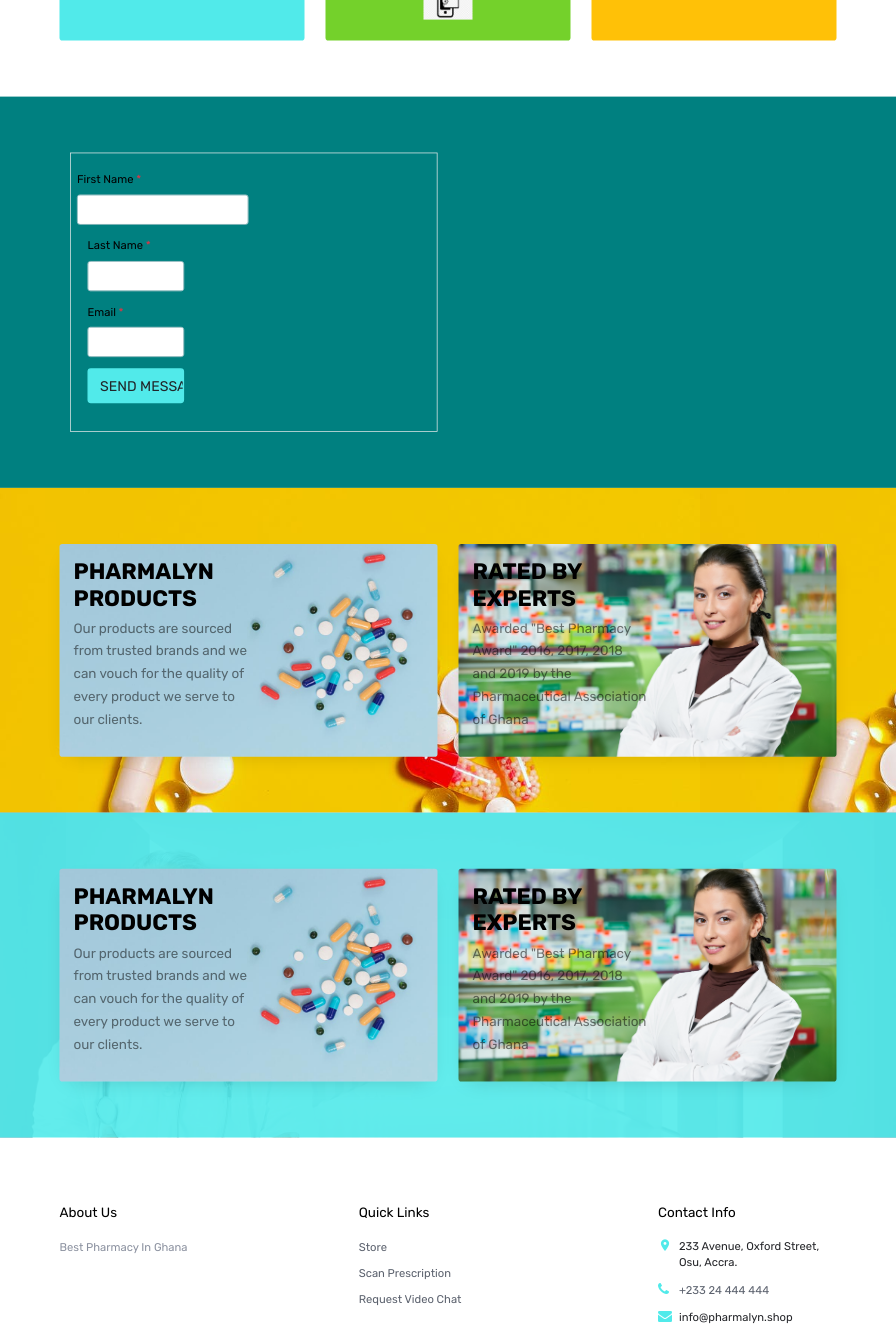
Repository: Nat-A/finalyearproject
Page: pharma/index - Copy.html
An editor plug-in stored every save of this project. The page is shown before and after the next save, followed by the edit.
The browser window is 1280 px wide. The pictures show the part of the page from y = 870 to 2770 px (the page is 2999 px tall), at 70% of full size.

Above is the page before, as saved 2020-06-03 13:41:42.

### pharma/index - Copy.html
<!DOCTYPE html>
<html lang="en">

<head>
    <title>PharmaLyn &mdash; HomePage</title>
    <meta charset="utf-8">
    <meta name="viewport" content="width=device-width, initial-scale=1, shrink-to-fit=no">

    <link href="https://fonts.googleapis.com/css?family=Rubik:400,700|Crimson+Text:400,400i" rel="stylesheet">
    <link rel="stylesheet" href="fonts/icomoon/style.css">

    <link rel="stylesheet" href="css/bootstrap.min.css">
    <link rel="stylesheet" href="css/magnific-popup.css">
    <link rel="stylesheet" href="css/jquery-ui.css">
    <link rel="stylesheet" href="css/owl.carousel.min.css">
    <link rel="stylesheet" href="css/owl.theme.default.min.css">


    <link rel="stylesheet" href="css/aos.css">

    <link rel="stylesheet" href="css/style.css">

</head>

<body>

    <div class="site-wrap">

        <!-- navbar  -->
        <div class="site-navbar py-2">

            <div class="search-wrap">
                <div class="container">
                    <a href="#" class="search-close js-search-close"><span class="icon-close2"></span></a>
                    <!-- search feature -->
                    <form action="#" method="post">
                        <input type="text" class="form-control" placeholder="Search drug...">
                    </form>
                </div>
            </div>

            <div class="container">
                <div class="d-flex align-items-center justify-content-between">
                    <div class="logo">
                        <div class="site-logo">
                            <a href="index.html" class="js-logo-clone">PharmaLyn</a>
                        </div>
                    </div>
                    <div class="main-nav d-none d-lg-block">
                        <nav class="site-navigation text-right text-md-center" role="navigation">
                            <ul class="site-menu js-clone-nav d-none d-lg-block">
                                <li class="active"><a href="index.html">Home</a></li>

                                <li class="has-children">
                                    <a href="#">Services</a>
                                    <ul class="dropdown">
                                        <li><a href="shop.html">Store</a></li>
                                        <li><a href="#">Scan Prescription</a></li>
                                        <li><a href="#">Request Video Chat</a></li>
                                    </ul>
                                </li>
                                <li><a href="contact.html">Contact</a></li>
                                <li><a href="about.html">About</a></li>
                                <li><a href="#">Log In / Sign Up  </a></li>
                                <!-- insert modal here -->
                            </ul>
                        </nav>
                    </div>
                    <div class="icons">
                        <a href="#" class="icons-btn d-inline-block js-search-open"><span class="icon-search"></span></a>
                        <a href="cart.html" class="icons-btn d-inline-block bag">
                            <span class="icon-shopping-bag"></span>
                            <!-- subject to the items in the cart -->
                            <span class="number">2</span>
                        </a>
                        <a href="#" class="site-menu-toggle js-menu-toggle ml-3 d-inline-block d-lg-none"><span
                class="icon-menu"></span></a>
                    </div>
                </div>
            </div>
        </div>
        <!-- end of navbar -->


        <!-- site banner -->
        <div class="site-blocks-cover" style="background-image: url('images/pills.jpg');">
            <div class="container">
                <div class="row">
                    <div class="col-lg-7 mx-auto order-lg-2 align-self-center">
                        <div class="site-block-cover-content text-center">
                            <h2 class="sub-title">PharmaLyn, We Care For You</h2>
                            <h1>Welcome To PharmaLyn</h1>
                            <p>
                                <a href="shop.html" class="btn btn-primary px-5 py-3">Shop Now</a>
                            </p>
                        </div>
                    </div>
                </div>
            </div>
        </div>
        <!-- end of banner -->

        <div class="site-section mb-0">
            <div class="container">
                <div class="row align-items-stretch section-overlap">
                    <div class="col-md-6 col-lg-4 mb-4 mb-lg-0">
                        <div class="banner-wrap bg-primary h-100">
                            <a class="h-100">
                                <h5 class="text-center">Place Order</h5>
                            </a>
                        </div>
                    </div>
                    <div class="col-md-6 col-lg-4 mb-4 mb-lg-0">
                        <div class="banner-wrap h-100">
                            <a class="h-100">
                                <h5 class="text-center">Select Payment Option</h5>
                                <img src="images/payment.png" alt="" width="70px" height="50px">
                            </a>
                        </div>
                    </div>
                    <div class="col-md-6 col-lg-4 mb-4 mb-lg-0">
                        <div class="banner-wrap bg-warning h-100">
                            <a class="h-100">
                                <h5 class="text-center">Free Delivery</h5>
                                <img src="images/delivery.gif" alt="" width="70px" height="50px">
                            </a>
                        </div>
                    </div>
                </div>
            </div>
        </div>
        <!-- creating another one -->



        <div class="site-section" style="background: teal;">
            <div class="container">
                <div class="col-md-6">

                    <form action="#" method="post">

                        <div class="p-3 p-lg-4 border">
                            <div class="form-group row">
                                <div class="col-md-">
                                    <label for="c_fname" class="text-black">First Name <span class="text-danger">*</span></label>
                                    <input type="text" class="form-control" id="c_fname" name="c_fname">
                                </div>
                            </div>
                            <div class="form-group row">
                                <div class="col-md-4">
                                    <label for="c_lname" class="text-black">Last Name <span class="text-danger">*</span></label>
                                    <input type="text" class="form-control" id="c_lname" name="c_lname">
                                </div>
                            </div>
                            <div class="form-group row">
                                <div class="col-md-4">
                                    <label for="c_email" class="text-black">Email <span class="text-danger">*</span></label>
                                    <input type="email" class="form-control" id="c_email" name="c_email" placeholder="">
                                </div>
                            </div>

                            <div class="form-group row">
                                <div class="col-lg-4">
                                    <input type="submit" class="btn btn-primary btn-lg btn-block" value="Send Message">
                                </div>
                            </div>
                        </div>
                    </form>
                </div>







            </div>
        </div>


        <!-- site ad -->
        <div class="site-section" style="background-image: url( 'images/bg.jpeg'); ">
            <div class="container ">
                <div class="row align-items-stretch ">
                    <div class="col-lg-6 mb-5 mb-lg-0 ">
                        <a class="banner-1 h-100 d-flex " style="background-image: url( 'images/bg_1.jpg'); ">
                            <div class="banner-1-inner align-self-center ">
                                <h2>PharmaLyn Products</h2>
                                <p>Our products are sourced from trusted brands and we can vouch for the quality of every product we serve to our clients.
                                </p>
                            </div>
                        </a>
                    </div>
                    <div class="col-lg-6 mb-5 mb-lg-0 ">
                        <a class="banner-1 h-100 d-flex " style="background-image: url( 'images/avatars/doctor4.jpg'); ">
                            <div class="banner-1-inner align-self-center ">
                                <h2>Rated by Experts</h2>
                                <p>Awarded "Best Pharmacy Award" 2016, 2017, 2018 and 2019 by the Pharmaceutical Association of Ghana
                                </p>
                            </div>
                        </a>
                    </div>
                </div>
            </div>
        </div>
        <!-- end of ad -->




        <!-- original site ad -->
        <div class="site-section bg-secondary bg-image " style="background-image: url( 'images/bg_2.jpg'); ">
            <div class="container ">
                <div class="row align-items-stretch ">
                    <div class="col-lg-6 mb-5 mb-lg-0 ">
                        <a class="banner-1 h-100 d-flex " style="background-image: url( 'images/bg_1.jpg'); ">
                            <div class="banner-1-inner align-self-center ">
                                <h2>PharmaLyn Products</h2>
                                <p>Our products are sourced from trusted brands and we can vouch for the quality of every product we serve to our clients.
                                </p>
                            </div>
                        </a>
                    </div>
                    <div class="col-lg-6 mb-5 mb-lg-0 ">
                        <a class="banner-1 h-100 d-flex " style="background-image: url( 'images/avatars/doctor4.jpg'); ">
                            <div class="banner-1-inner align-self-center ">
                                <h2>Rated by Experts</h2>
                                <p>Awarded "Best Pharmacy Award" 2016, 2017, 2018 and 2019 by the Pharmaceutical Association of Ghana
                                </p>
                            </div>
                        </a>
                    </div>
                </div>
            </div>
        </div>
        <!-- end of ad -->

        <!-- footer -->
        <footer class="site-footer ">
            <div class="container ">
                <div class="row ">
                    <div class="col-md-6 col-lg-3 mb-4 mb-lg-0 ">

                        <div class="block-7 ">
                            <h3 class="footer-heading mb-4 ">About Us</h3>
                            <p>Best Pharmacy In Ghana</p>
                        </div>

                    </div>
                    <div class="col-lg-3 mx-auto mb-5 mb-lg-0 ">
                        <h3 class="footer-heading mb-4 ">Quick Links</h3>
                        <ul class="list-unstyled ">
                            <li><a href="shop.html ">Store</a></li>
                            <li><a href="# ">Scan Prescription</a></li>
                            <li><a href="# ">Request Video Chat</a></li>
                        </ul>
                    </div>

                    <div class="col-md-6 col-lg-3 ">
                        <div class="block-5 mb-5 ">
                            <h3 class="footer-heading mb-4 ">Contact Info</h3>
                            <ul class="list-unstyled ">
                                <li class="address ">233 Avenue, Oxford Street, Osu, Accra. </li>
                                <li class="phone "><a href="tel:// ">+233 24 444 444</a></li>
                                <li class="email ">info@pharmalyn.shop</li>
                            </ul>
                        </div>
                    </div>
                </div>
                <div class="row pt-5 text-center ">
                    <div class="col-md-12 ">
                        <p>
                            Copyright &copy;
                            <script>
                                document.write(new Date().getFullYear());
                            </script> All rights reserved | PharmaLyn
                        </p>
                    </div>
                </div>
            </div>
        </footer>
        <!-- end of footer -->
    </div>

    <script src="js/jquery-3.3.1.min.js "></script>
    <script src="js/jquery-ui.js "></script>
    <script src="js/popper.min.js "></script>
    <script src="js/bootstrap.min.js "></script>
    <script src="js/owl.carousel.min.js "></script>
    <script src="js/jquery.magnific-popup.min.js "></script>
    <script src="js/aos.js "></script>

    <script src="js/main.js "></script>

</body>

</html>

Loaded but not shown: pharma/fonts/icomoon/style.css (common file); pharma/css/bootstrap.min.css (library); pharma/css/magnific-popup.css (library); pharma/css/jquery-ui.css (library); pharma/css/owl.carousel.min.css (common file); pharma/css/owl.theme.default.min.css (common file); pharma/css/aos.css (library); pharma/js/jquery-3.3.1.min.js (library); pharma/js/jquery-ui.js (library); pharma/js/popper.min.js (library); pharma/js/bootstrap.min.js (library); pharma/js/owl.carousel.min.js (library); pharma/js/jquery.magnific-popup.min.js (library); pharma/js/aos.js (library); pharma/js/main.js (219 lines, source omitted); pharma/css/style.css (1125 lines, source omitted)

After the next save:
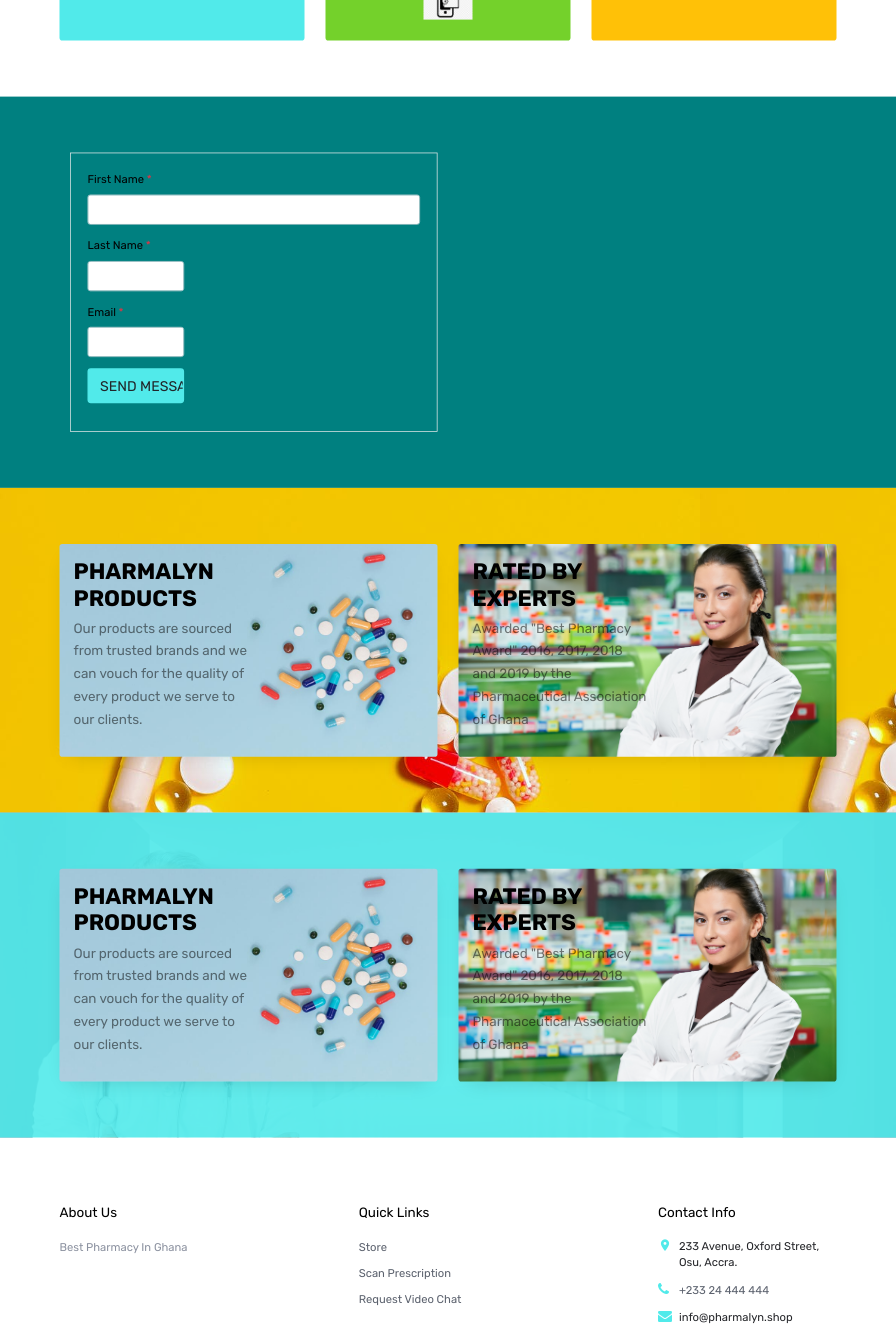
Saved 4 s later.
--- a/pharma/index - Copy.html
+++ b/pharma/index - Copy.html
@@ -141,7 +141,7 @@
 
                         <div class="p-3 p-lg-4 border">
                             <div class="form-group row">
-                                <div class="col-md-">
+                                <div class="col-md-12">
                                     <label for="c_fname" class="text-black">First Name <span class="text-danger">*</span></label>
                                     <input type="text" class="form-control" id="c_fname" name="c_fname">
                                 </div>
